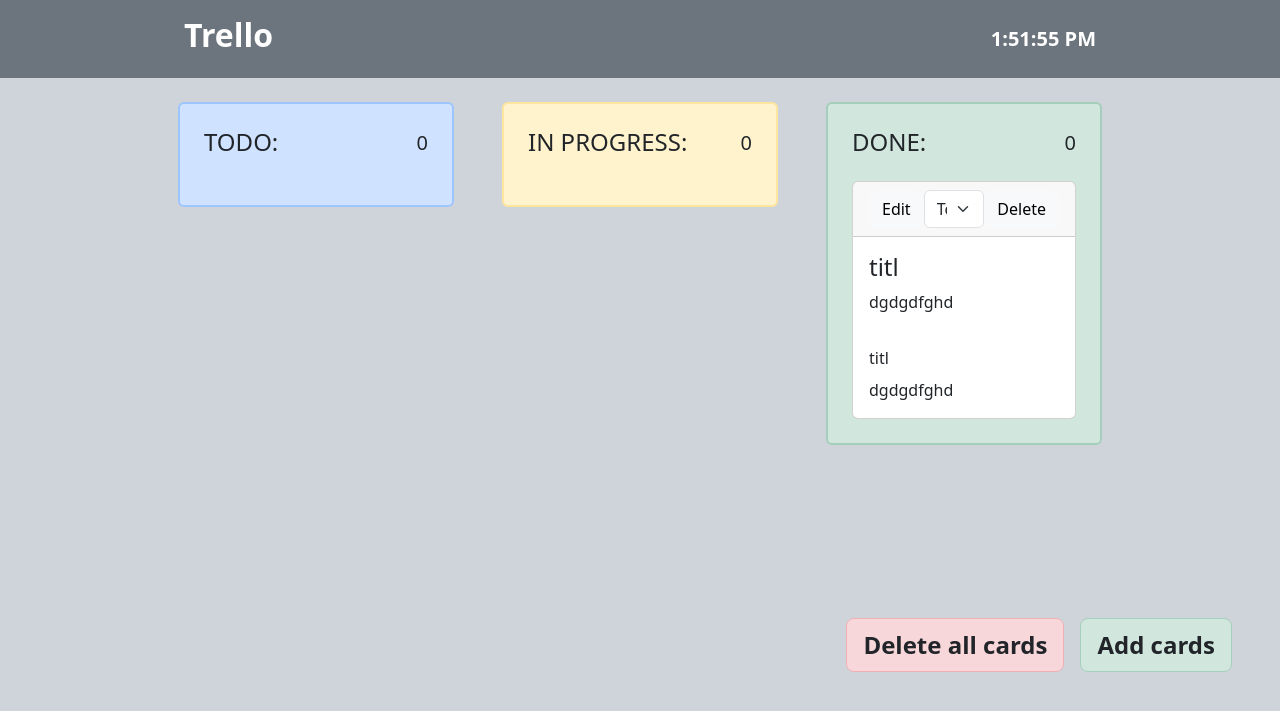
Repository: Valeria154/trello-app-clone
Page: / (app in trello-app-project/)
These files come from the project's save history. The page is drawn as it stood at one moment and after the next save; the edit follows.
The browser window is 1280 px wide. The pictures show the whole page.
The project was rebuilt for these pictures with package versions that can differ from the ones it lists, and the page was loaded fresh each time. Also part of the build but not shown: trello-app-project/vite.config.js.

Above is the page before, as saved 2025-03-16 22:05:04.

### trello-app-project/src/index.html
<!doctype html>
<html lang="en">

<head>
	<meta charset="UTF-8" />
	<meta name="viewport" content="width=device-width, initial-scale=1.0" />
	<title>Trello</title>
	<script type="module" src="./main.js"></script>
</head>

<body class="bg-dark-subtle">
	<header class="bg-secondary p-3">
		<div class="container d-flex justify-content-between align-items-center mx-autox w-75">
			<h1 class="fs-2 fw-bold text-white">Trello</h1>
			<div class="fs-5 fw-semibold text-white" id="clock"></div>
		</div>
	</header>
	<main class="p-4">
		<div class="container text-center w-75" id="containerTodo">
			<div class="row align-items-start mb-6 gap-5">
				<!-- TODO -->
				<div class="col border border-primary-subtle border-2 rounded-2 text-dark p-4 bg-primary-subtle">
					<div class="d-flex justify-content-between mb-3">
						<h4>TODO:</h4>
						<div id="todoCount" data-role="count" class="fs-5">0</div>
					</div>
					<div id="todo" data-role="status"></div>
				</div>
				<!-- In progress -->
				<div class="col border border-warning-subtle border-2 rounded-2 text-dark p-4 bg-warning-subtle">
					<div class="d-flex justify-content-between mb-3">
						<h4>IN PROGRESS:</h4>
						<div id="progressCount" data-role="count" class="fs-5">0</div>
					</div>
					<div id="progress" data-role="status"></div>
				</div>
				<!-- Done -->
				<div class="col border border-success-subtle border-2 rounded-2 text-dark p-4 bg-success-subtle">
					<div class="d-flex justify-content-between mb-3">
						<h4>DONE:</h4>
						<div id="doneCount" data-role="count" class="fs-5">0</div>
					</div>
					<div id="done" data-role="status">
						<div class="card">
							<div class="card-header d-flex justify-content-between">
								<button type="button" class="btn btn-light">Edit</button>
								<select class="form-select" aria-label="Default select example">
									<option selected value="1">Todo</option>
									<option value="2">In progress</option>
									<option value="3">Done</option>
								</select>
								<button type="button" class="btn btn-light">Delete</button>
							</div>
							<div class="card-body">
								<h4 class="card-title text-start">titl</h4>
								<p class="card-text text-start">dgdgdfghd</p>
							</div>
							<div class="card-body">
								<div class="card-title text-start">titl</div>
								<div class="card-text text-start">dgdgdfghd</div>
							</div>
						</div>
					</div>
				</div>
			</div>
			<div class="d-grid gap-2 d-md-flex justify-content-md-end position-fixed bottom-0 end-0 p-5">
				<button class="btn btn-lg bg-danger-subtle border-danger-subtle me-md-2 fs-4 fw-semibold" type="button"
					id="deleteAllBtn">Delete all
					cards</button>
				<button id="addCardBtn" class="btn btn-lg bg-success-subtle border-success-subtle fs-4 fw-semibold"
					type="button">Add
					cards</button>
			</div>
			<!-- Modal form -->
			<div id="modalFormContainer" class="position-relative block" style="z-index: 20">
				<!-- <div class="d-flex align-items-center justify-content-center position-fixed top-0 start-0 w-100 h-100 bg-dark bg-opacity-50">
					<form id="todoForm" class="p-4 border rounded bg-light text-start fw-semibold w-50 position-relative">
						<div class="mb-3">
							<label for="title" class="form-label fs-5">Title</label>
							<input type="text" class="form-control" id="title" placeholder="Enter todo...">
						</div>
						<div class="mb-3">
							<label for="description" class="form-label fs-5">Description</label>
							<textarea class="form-control p-2 rounded-3" id="description" rows="6"
								placeholder="Write description"></textarea>
						</div>
						<div class="mb-3">
							<label for="user" class="form-label fs-5">User </label>
							<select id="user" class="form-select">
								<option selected value="">Choose user</option>
								<option value="Amelia">Amelia</option>
								<option value="Mary">Mary</option>
								<option value="Thomas">Thomas</option>
								<option value="Harry">Harry</option>
								<option value="Susan">Susan</option>
							</select>
						</div>
						<button type="submit" class="btn btn-primary bg-secondary bg-gradient border-secondary">Add card
							TODO</button>
						<button type="button" class="btn-close position-absolute top-0 end-0 me-4 mt-4"
							aria-label="close"></button>
					</form>
				</div> -->
			</div>
		</div>
	</main>

</body>

</html>

### trello-app-project/src/main.js
import './style.scss'
// import javascriptLogo from './javascript.svg'
// import viteLogo from '/vite.svg'

// const storageKey = 'todos'
// const todos = getDataFromStorage()
// const clockElement = document.querySelector('#clock')
// const containerTodoElement = document.querySelector('.container-todo')
// const formElement = document.querySelector('#form')
// const buttonAddTodoElement = document.querySelector('#addTodoBtn')
// const deleteAllButtonElement = document.querySelector('#deleteAllBtn')
// const [todoContainerElement, inProgressContainerElement, doneContainerElement,] = document.querySelectorAll('[data-role="status-column"]')
// const [todoCountElement, inProgressCountElement, doneCountElement] = document.querySelectorAll('[data-role="count-cards"]')
// // Modals
// const formModalElement = document.querySelector('#formModal')
// const deleteAllModalElement = document.querySelector('#deleteAllModal')
// const confirmBtn = document.querySelector('[data-role="confirm-delete"]');
// const cancelBtn = document.querySelector('[data-role="cancel-delete"]');
// const progressLimitModalElement = document.querySelector('#progressLimitModal')

// const statusArr = ['todo', 'progress', 'done']
const todos = getData()
const clockElement = document.querySelector('#clock')
const addCardBtnElement = document.querySelector('#addCardBtn')
const modalFormElement = document.querySelector('#modalFormContainer')
const formElement = document.querySelector('#form')

const containerTodoElement = document.querySelector('#containerTodo')
const [todoContainerElement, inProgressContainerElement, doneContainerElement] = document.querySelectorAll('[data-role="count"]')
const [todoCountElement, inProgressCountElement, doneCountElement] = document.querySelectorAll('[data-role="status"]')
const todoContainer = document.querySelector('#todo')
const todoCount = document.querySelector('#todoCount')

const statusArr = ['todo', 'inprogress', 'done']

addCardBtnElement.addEventListener('click', handleClickButtonAddCard)
containerTodoElement.addEventListener('submit', handleSubmitForm)

//Часы
function showClock() {
	clockElement.textContent = new Date().toLocaleTimeString()
}
setInterval(showClock, 1000)
showClock()

function handleClickButtonAddCard() {
	if (!formElement) {
		modalFormElement.innerHTML = buildModalForm()
		const btnCloseElement = modalFormElement.querySelector('.btn-close')
		btnCloseElement.addEventListener('click', () => toggleModal(modalFormElement))

		const formElement = modalFormElement.querySelector('#form')
		formElement.addEventListener('submit', handleSubmitForm)
	}
	toggleModal(modalFormElement) // Открываем модальное окно
}

function toggleModal(modal) {
	if (modal.classList.contains('block')) {
		modal.classList.replace('block', 'hidden')
	} else {
		modal.classList.replace('hidden', 'block')
	}
}

function buildModalForm() {
	return `
				<div class="d-flex align-items-center justify-content-center position-fixed top-0 start-0 w-100 h-100 bg-dark bg-opacity-50">
					<form id="form" class="p-4 border rounded bg-light text-start fw-semibold w-50 position-relative">
						<div class="mb-3">
							<label for="title" class="form-label fs-5">Title</label>
							<input type="text" class="form-control" id="title" placeholder="Enter todo...">
						</div>
						<div class="mb-3">
							<label for="description" class="form-label fs-5">Description</label>
							<textarea class="form-control p-2 rounded-3" id="description" rows="6"
								placeholder="Write description"></textarea>
						</div>
						<div class="mb-3">
							<label for="user" class="form-label fs-5">User </label>
							<select id="user" class="form-select">
								<option selected value="">Choose user</option>
								<option value="Amelia">Amelia</option>
								<option value="Mary">Mary</option>
								<option value="Thomas">Thomas</option>
								<option value="Harry">Harry</option>
								<option value="Susan">Susan</option>
							</select>
						</div>
						<button type="submit" class="btn btn-primary bg-secondary bg-gradient border-secondary">Add card
							TODO</button>
						<button type="button" class="btn-close position-absolute top-0 end-0 me-4 mt-4"
							aria-label="close"></button>
					</form>
				</div>
	`
}

function handleSubmitForm(event) {
	event.preventDefault()
	console.log('Форма отправляется!')
	// Получаем данные из формы
	const formData = new FormData(event.target)
	const formDataObject = Object.fromEntries(formData) // преобразуем, полученные иданные, в объект ключ-значение
	console.log('Полученные данные:', formDataObject)

	// const { editedId } = formElement.dataset
	// if (editedId) {
	// 	const editedTodoIndex = todos.findIndex(todo => todo.id == editedId)
	// 	todos[editedTodoIndex] = { ...todos[editedTodoIndex], ...formDataObject }
	// 	setData(todos)
	// 	render(todos)
	// } else {
	if (!formDataObject == '') {
		const newTodo = new Todo(formDataObject) // создаем новую todo с данными из формы
		todos.push(newTodo) // добавление новой задачи в массив
		setData(todos) // сохранение обновленного массива в localStorage
		render(todos) // перерисовка списка задач
	}
	formElement.reset()
	toggleModal(modalFormElement)
	delete formElement.dataset.editedId
}

function getData() {
	return JSON.parse(localStorage.getItem('todos')) || []
}

function setData(todo) {
	localStorage.setItem('todos', JSON.stringify(todo))
}

function countTodos(todos) {
	const todoCountArr = todos.filter(todo => todo.status == 'todo')
	todoCountElement.textContent = todoCountArr.length
	const inProgressArr = todos.filter(todo => todo.status == 'progress')
	inProgressCountElement.textContent = inProgressArr.length
	const doneCountArr = todos.filter(todo => todo.status == 'done')
	doneCountElement.textContent = doneCountArr.length
}

class Todo {
	constructor({ title, description, user, status = '0' }) {
		this.id = Date.now()
		this.createdAt = new Date().toString()
		this.title = title
		this.description = description
		this.user = user
		this.status = statusArr[status]
	}
}

function render(todos = []) {
	todoContainerElement.innerHTML = '' //очищает контейнер задач
	inProgressContainerElement.innerHTML = ''
	doneContainerElement.innerHTML = ''
	todos.forEach(todo => {
		const statusColumn = document.querySelector(`#${todo.status}`)
		statusColumn.insertAdjacentHTML('beforeend', buildTodoTemplate(todo)) //новые задачи будут отображаться внизу так как beforeend вставляет новую задачу в конец контейнера
	})
	countTodos(todos)
	showClock()
}

function buildTodoTemplate({ id, title, description, user, status, createdAt }) {
	const date = currentDate(createdAt)
	return `
	        <div data-id="${id}" class="card bg-white">
            <div class="d-flex justify-content-center" role="group">
                <button type="button" class="btn btn-light" data-role="edit">EDIT</button>
                <select name="status" class="btn btn-light">
                    <option value="todo" ${status == 'todo' ? 'selected' : ''}>Todo</option>
                    <option value="progress" ${status == 'progress' ? 'selected' : ''}>In progress</option>
                    <option value="done" ${status == 'done' ? 'selected' : ''}>Done</option>
                </select>
                <button type="button" class="btn btn-light" data-role="remove">DELETE</button>
            </div>
            <div class="p-4 mb-2">
                <h4 class="text-start fs-5 fw-semibold">${title}</h4>
                <div class="text-start fs-6"><p>${description}</p></div>
            </div>
            <div class="d-flex justify-content-between text-start">
                <div>${user}</div>
                <div>${date}</div>
            </div>
        	</div>
	`
}

function currentDate(date = '', locale = 'ru-RU') {
	const dateTemplate = new Date(date)
	return `${dateTemplate.toLocaleDateString(locale)}, ${dateTemplate.toLocaleTimeString(locale)}`
}
// function currentDate(date = '', locale = 'ru-RU') {
// 	const dateTemplate = new Date(date)
// 	// const dateFormat = {
// 	// 	hour: 'numeric',
// 	// 	minute: 'numeric',
// 	// 	year: 'numeric',
// 	// 	month: 'numeric',
// 	// 	day: 'numeric'
// 	// }
// 	return `${dateTemplate.toLocaleDateString(locale)}, ${dateTemplate.toLocaleTimeString(locale)}`
// 	// return new Intl.DateTimeFormat(locale, dateFormat).format(dateTemplate)
// }

// class Todo {
// 	id = Date.now()
// 	createdAt = new Date().toString()
// 	constructor({ title, description, user, status = '0' }) {
// 		this.title = title
// 		this.description = description
// 		this.user = user
// 		this.status = statusArr[status]
// 	}

### trello-app-project/src/style.scss
@import "bootstrap/scss/bootstrap";

.hidden {
	display: none;
	opacity: 0;
	transition: opacity 0.3s ease;
}

.block {
	display: block;
	opacity: 1;
	transition: opacity 0.3s ease;
}

After the next save:
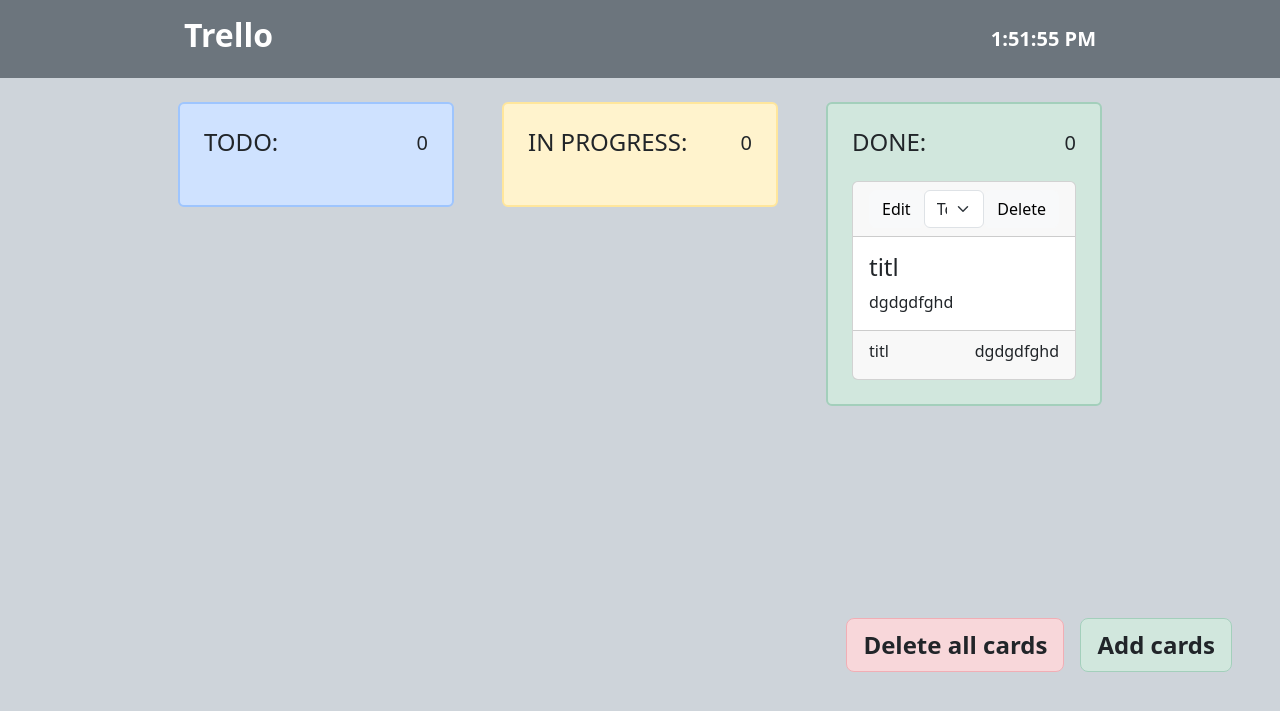
Saved 22 s later.
--- a/trello-app-project/src/index.html
+++ b/trello-app-project/src/index.html
@@ -55,7 +55,7 @@
 								<h4 class="card-title text-start">titl</h4>
 								<p class="card-text text-start">dgdgdfghd</p>
 							</div>
-							<div class="card-body">
+							<div class="card-footer d-flex justify-content-between">
 								<div class="card-title text-start">titl</div>
 								<div class="card-text text-start">dgdgdfghd</div>
 							</div>
